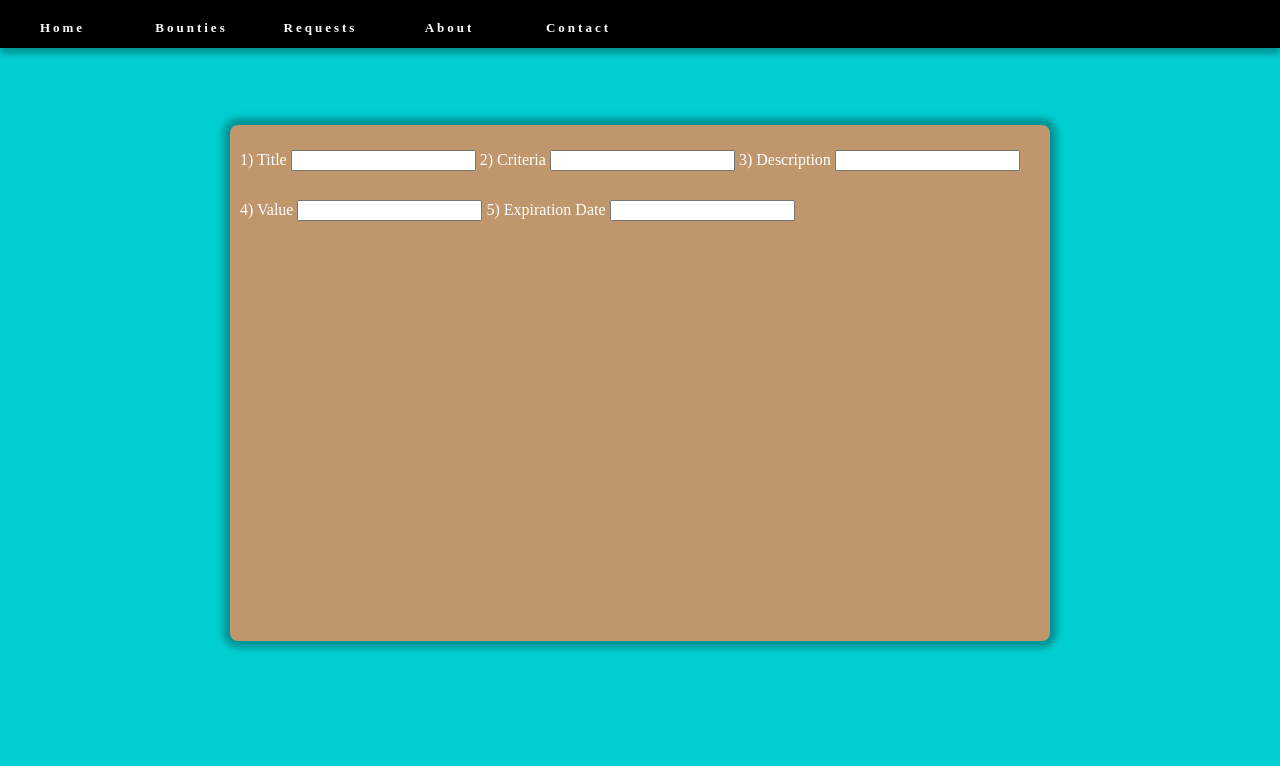
Repository: mailog/Tomorrow
Page: http://localhost/requests
An editor plug-in stored every save of this project. The page is shown before and after the next save, followed by the edit.
The browser window is 1280 px wide. The pictures show the whole page.
The page is this project's Thymeleaf template; nobody is signed in. The template is opened directly, without the code that normally fills it, so the values that code supplies are empty.

Above is the page before, as saved 2017-07-27 04:12:51.

### Tomorrow/src/main/resources/templates/requests.html
<!DOCTYPE html>
<html>
<head>
<title>Requests</title>
<link rel="stylesheet" type="text/css" href="/css/toolbar.css" />
<link rel="stylesheet" type="text/css" href="/css/requests.css" />
</head>
<body>

<div class = "toolbar">
	<a href = "/">
		<button class = "tool_button"> Home </button>
	</a>
	<a href = "/bounties">
		<button class = "tool_button"> Bounties </button>
	</a>
	<a href = "/requests">
		<button class = "tool_button"> Requests </button>
	</a>
	<a href = "/about">
		<button class = "tool_button"> About </button>
	</a>
	<a href = "/contact">
		<button class = "tool_button"> Contact </button>
	</a>
</div>

<div id = "requests">
	<p>1) Title</p>
	<input type = "text" name = "title" class = "title"/>
	<p>2) Criteria</p>
	<input type = "text" name = "criteria" class = "criteria"/>
	<p>3) Description</p>
	<input type = "text" name = "description" class = "description"/>
	<p>4) Value</p>
	<input type = "text" name = "value" class = "value"/>
	<p>5) Expiration Date </p>
	<input type = "text" name = "expiration" class = "expiration"/>
</div>
</body>
</html>

### Tomorrow/src/main/resources/static/css/toolbar.css
/*------------------STATIC------------------*/
/*------------------------------------------*/

/*-------------------BODY-------------------*/

	body{
		background-color: #02CFD2;
		color: white;
	}


/*------------------------------------------*/

/*---------------TOOLBAR--------------------*/
	.toolbar{
		width:100%;
		height: 48px;
		z-index: 1;
		opacity: 1;
		position: absolute;
		left: 0px;
		top: 0px;
		float: center;
		padding 0 0 0 0;
		margin-left:auto;
		margin-right:auto;
		background-color: black;
		-webkit-box-shadow: 0px 6px 7px 0px rgba(0,0,0,0.29);
		-moz-box-shadow: 0px 6px 7px 0px rgba(0,0,0,0.29);
		box-shadow: 0px 6px 7px 0px rgba(0,0,0,0.29);
	}

	.tool_button{
		height: 35px;
		width: 125px;
		display:inline;
		background-color: black;
		color:white;
		padding: 0px;
		font-family: Browalia-New;
		font-size: 13px;
		font-weight:bold;
		letter-spacing: 3px;
		border:none;
		cursor: pointer;
		margin-top: 10px;
		margin-bottom: 6px;
		margin-right: 0px;
		margin-left: 0px;
		border-bottom-style: none;
		text-decoration:none;
	}

	.tool_button:hover{
		text-decoration:none;
		border-bottom-style: solid;
		border-bottom-width:3px;
		border-bottom-color:#FFFFFF;
	}

	.toolbar a{
		text-decoration:none;
	}

/*------------------------------------------*/

/*-----------------BUTTONS------------------*/
	.introbtn{}

	.tutorialbtn{
	}

	.registerbtn{
	}

/*------------------------------------------*/

/*------------------INFO--------------------*/

/*------------------------------------------*/

### Tomorrow/src/main/resources/static/css/requests.css
#requests
{
	border-radius:8px;
	background-color:#C0966C;
	position: relative;
	margin: 125px auto;
	color:white;
	height:496px;
	width: 800px;
	padding: 10px;
	-webkit-box-shadow: 0px 0px 7px 7px rgba(0,0,0,0.29);
	-moz-box-shadow: 0px 0px 7px 7px rgba(0,0,0,0.29);
	box-shadow: 0px 0px 7px 7px rgba(0,0,0,0.29);
}

#column1
{
	height:100%;
	width:45%;
	float:left;
}
#column2
{
	height:100%;
	width:45%;
	float:right;
}

#requests p
{
	display:inline-block;
}

.inp_title
{
	display:block;
	width: 300px;
	height:25px;
}

.inp_criteria
{
	display:block;
	width: 300px;
	height: 150px;
}

.inp_description
{
	display:block;
	width: 300px;
	height: 150px;
}

.inp_value
{
	display:block;
	width:300px;
	height: 25px;
}

.inp_expiration
{
	display:block;
	width:300px;
	height:25px;
}

.submit_button
{
	margin-top: 25px;
	display:block;
	background-color:white;
	color: black;
	cursor:pointer;
	text-decoration:none;
}

After the next save:
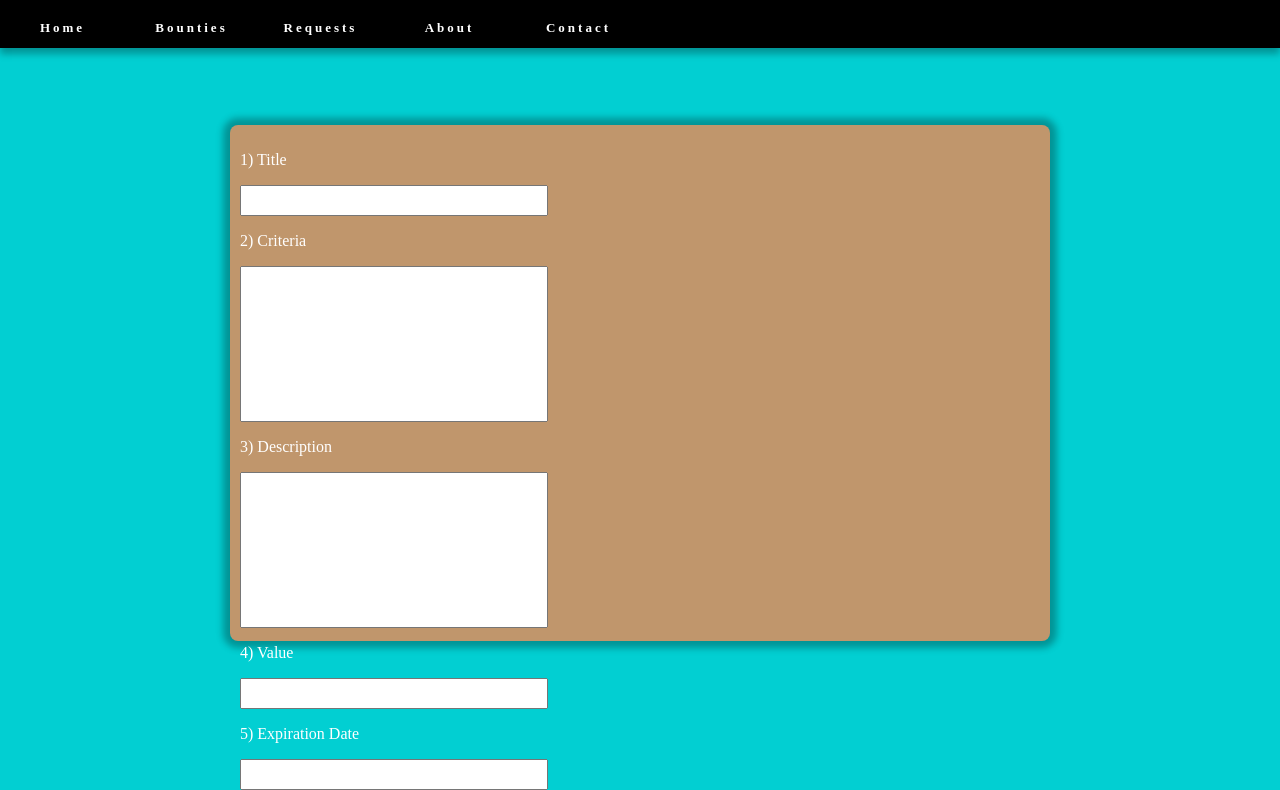
Saved 57 s later.
--- a/Tomorrow/src/main/resources/templates/requests.html
+++ b/Tomorrow/src/main/resources/templates/requests.html
@@ -27,15 +27,15 @@
 
 <div id = "requests">
 	<p>1) Title</p>
-	<input type = "text" name = "title" class = "title"/>
+	<input type = "text" name = "title" class = "inp_title"/>
 	<p>2) Criteria</p>
-	<input type = "text" name = "criteria" class = "criteria"/>
+	<input type = "text" name = "criteria" class = "inp_criteria"/>
 	<p>3) Description</p>
-	<input type = "text" name = "description" class = "description"/>
+	<input type = "text" name = "description" class = "inp_description"/>
 	<p>4) Value</p>
-	<input type = "text" name = "value" class = "value"/>
+	<input type = "text" name = "value" class = "inp_value"/>
 	<p>5) Expiration Date </p>
-	<input type = "text" name = "expiration" class = "expiration"/>
+	<input type = "text" name = "expiration" class = "inp_expiration"/>
 </div>
 </body>
 </html>
